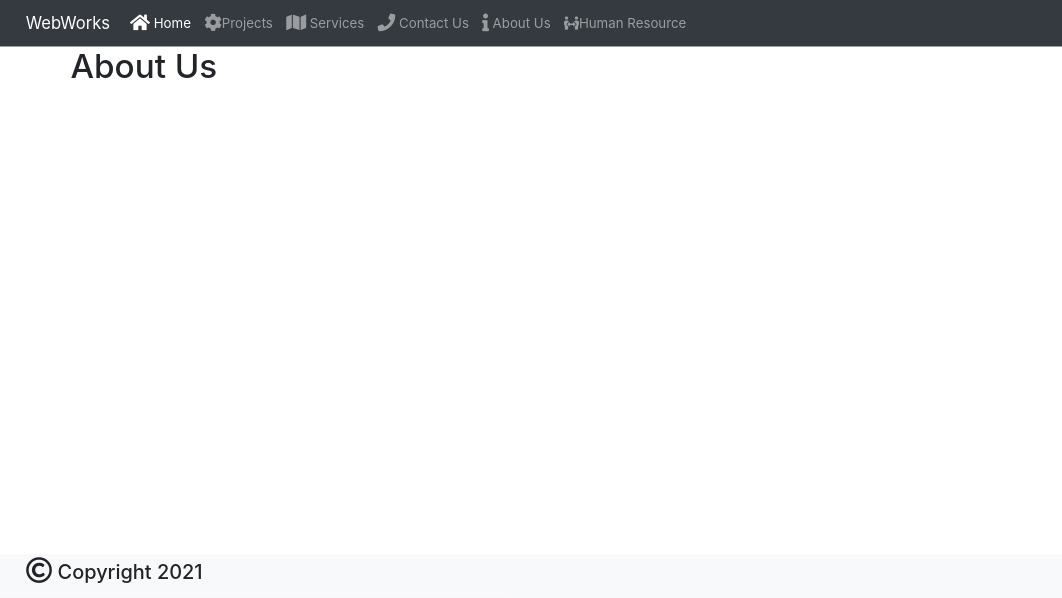
Repository: JonathonWager/Webd6202Lab1
Page: about.html
An editor plug-in stored every save of this project. The page is shown before and after the next save, followed by the edit.
The browser window is 1280 px wide. The pictures show the whole page, at 83% of full size.

Above is the page before, as saved 2021-02-05 20:02:25.
Not found: Content/app.css

### about.html
<!DOCTYPE html>
<html lang="en">
<head>
    <meta charset="UTF-8">
    <meta name="viewport" content="width=device-width, initial-scale=1.0">
    <title>About</title>
    <!-- CSS Section -->
    <link rel="stylesheet" href="./node_modules/bootstrap/dist/css/bootstrap.min.css">
    <link rel="stylesheet" href="./node_modules/@fortawesome/fontawesome-free/css/all.min.css">
    <link rel="stylesheet" href="./Content/app.css">
</head>
<body>
    <!-- Main Header -->
    <header>
        <!-- Main Navigation -->
        <nav class="navbar navbar-expand-lg navbar-dark bg-dark">
            <div class="container-fluid">
              <a class="navbar-brand" href="index.html">WebWorks</a>
              <button class="navbar-toggler" type="button" data-bs-toggle="collapse" data-bs-target="#navbarSupportedContent" aria-controls="navbarSupportedContent" aria-expanded="false" aria-label="Toggle navigation">
                <span class="navbar-toggler-icon"></span>
              </button>
              <div class="collapse navbar-collapse" id="navbarSupportedContent">
                <ul class="navbar-nav me-auto mb-2 mb-lg-0">
                  <li class="nav-item">
                    <a class="nav-link active" aria-current="page" href="index.html"><i class="fas fa-home fa-lg"></i> Home</a>
                  </li>

                  <li class="nav-item">
                    <a class="nav-link" aria-current="page" href="projects.html" id = "projects"><i class="fas fa-cog fa-lg"></i> Products</a>
                  </li>

                  <li class="nav-item">
                    <a class="nav-link" aria-current="page" href="services.html"><i class="fas fa-map fa-lg"></i> Services</a>
                  </li>

                  <li class="nav-item">
                    <a class="nav-link" aria-current="page" href="contact.html"><i class="fas fa-phone fa-lg"></i> Contact Us</a>
                  </li>
                  <li class="nav-item">
                    <a class="nav-link" aria-current="page" href="about.html"><i class="fas fa-info fa-lg"></i> About Us</a>
                  </li>
                </ul>
              </div>
            </div>
          </nav>
    </header>

    <!-- Main Content -->
    <main class="container">
        <h1>About Us</h1>
    </main>

    <!-- Main Footer -->
    <footer>
    </footer>

    <!-- Script Section-->
    <script src="./node_modules/jquery/dist/jquery.min.js"></script>
    <script src="./node_modules/bootstrap/dist/js/bootstrap.bundle.min.js"></script>
    <script src="./Scripts/app.js"></script>
</body>
</html>

### Scripts/app.js
/* custom JavaScript goes here */

//IIFE - Immediately Invoked Function Expression
//AKA - Anonymous Self-Executing Function
//Closure - limits scope leak

"use strict";

(function()
{
    function displayHome()
    {

        let paragraphOneText =
          "Welcome to Web Works, Our team at Web Works is dedicated to offering advanced web development creations that will make you stand out from the crowd.";

        let paragraphOneElement = document.getElementById("paragraphOne");

        paragraphOneElement.textContent = paragraphOneText;
        paragraphOneElement.className = "fs-5";

        // Step 1. document.createElement
        let newParagraph = document.createElement("p");
        // Step 2. configure the element
        newParagraph.setAttribute("id", "paragraphTwo");
        newParagraph.textContent = "Our team consits of two dedicated students that are currently enrolled in the Computer programmer and Analysis course at Durham College located in Northern Oshawa. ";
        // Step 3. select the parent element
        let mainContent = document.getElementsByTagName("main")[0];
        // Step 4. Add / Insert the element
        mainContent.appendChild(newParagraph);

        newParagraph.className = "fs-6";

        // another way of injecting content
        let paragraphDiv = document.createElement("div");
        let paragraphThree = `Oshawa. Our skill sets are growing every day and we are profecient in HTML, CSS, Java, C++,
        database development, automations and much more. Contact our team with inqueries and you will get a response within one business day`;
        paragraphDiv.innerHTML = paragraphThree;

        // insertions

        // example of inserting before a node
        //newParagraph.before(paragraphDiv);

        // example of inserting after a node
        newParagraph.after(paragraphDiv);

        // deletions

        // example of removing a single element
        //paragraphOneElement.remove();

        // example of removeChild
        //mainContent.removeChild(paragraphOneElement);

        // update / modification
        mainContent.firstElementChild.textContent = "Welcome Home!";


    }

    function displayAbout()
    {

    }

    function displayProjects()
    {
      console.log("test");
      let paragraphOneText = "The following project focus was on developing our skills in object-orientated programming as we were developing a program that would create card objects that could be used for a wide variety of purposed including implementing into hundreds of different card games. The project was one of our favourites because it widned our skill set and showed us even further how useful object-orientate programming can be.";

      let projectsDiv1 = document.getElementById("DeckOfCardsContent");

      let projectsP1 = document.createElement("p");

      projectsP1.textContent = paragraphOneText;

      projectsDiv1.appendChild(projectsP1);

      console.log("heyyyyy");

      // Step 1. document.createElement
      let newParagraph = document.createElement("p");
      // Step 2. configure the element
      newParagraph.setAttribute("id", "paragraphTwo");
      newParagraph.textContent = "Our team consits of two dedicated students that are currently enrolled in the Computer programmer and Analysis course at Durham College located in Northern Oshawa. ";
      // Step 3. select the parent element
      let mainContent = document.getElementsByTagName("main")[0];
      // Step 4. Add / Insert the element
      mainContent.appendChild(newParagraph);
    }

    function displayServices()
    {
      console.log("test");
      let paragraphOneText = "We have the ability to create interactive websites that will stand out and make you look professional. We can apply custom themes to style your website as well as make it an interactive website that is effeciently navigable.";

      let projectsDiv1 = document.getElementById("WebDesignContent");

      let projectsP1 = document.createElement("p");

      projectsP1.textContent = paragraphOneText;

      projectsDiv1.appendChild(projectsP1);

      let paragraphTwoText = "We can create small to medium sized databases that will be able to meet your business needs. We can then implement the database into your website so that you can take your business to the next level.";

      let projectsDiv2 = document.getElementById("DatabaseDevelopmentContent");

      let projectsP2 = document.createElement("p");

      projectsP2.textContent = paragraphTwoText;

      projectsDiv2.appendChild(projectsP2);

      let paragraphThreeText = "We can create small to medium sized databases that will be able to meet your business needs. We can then implement the database into your website so that you can take your business to the next level.";

      let projectsDiv3 = document.getElementById("CustomProgrammingContent");

      let projectsP3 = document.createElement("p");

      projectsP3.textContent = paragraphThreeText;

      projectsDiv3.appendChild(projectsP3);

    }

    function displayContact()
    {
      console.log("test");
        let messageArea = document.getElementById("messageArea");
        messageArea.hidden = true;

        // form validation
        let fullName = document.getElementById("fullName");
        fullName.addEventListener("blur", function() {
            if(fullName.value.length < 2)
            {
                fullName.focus();
                fullName.select();
                messageArea.hidden = false;
                messageArea.className = "alert alert-danger";
                messageArea.textContent = "Please enter an appropriate Name";
            }
            else
            {
                messageArea.removeAttribute("class");
                messageArea.hidden = true;
            }
        });

        let sendButton = document.getElementById("sendButton");
        sendButton.addEventListener("click", function(event){
            //event.preventDefault();

           window.location.href = "index.html";

        });
    }




    function Start()
    {
        console.log("App Started...");
        let navbarProjects = document.getElementById("projects");
        navbarProjects.innerHTML = '<i class="fas fa-cog fa-lg"></i>Projects';

       // let navContentHumanResource = '<li class="nav-item"><a class="nav-link" aria-current="page" href="services.html"><i class="fas fa-map fa-lg"></i> Services</a></li>';
        let navContent = document.getElementsByTagName("ul")[0];

        let navContentHumanResourceLi = document.createElement("li");
        let navContentHumanResourceA = document.createElement("a");

        // Step 2. configure the element
        navContentHumanResourceLi.setAttribute("class", "nav-item");

        navContentHumanResourceA.setAttribute("class","nav-link");
        navContentHumanResourceA.setAttribute("aria-current", "page");
        navContentHumanResourceA.setAttribute("href", "human_resource.html");
        navContentHumanResourceA.innerHTML ='<i class="fas fa-people-arrows"></i>Human Resource ';

        navContentHumanResourceLi.appendChild(navContentHumanResourceA);

        navContent.appendChild(navContentHumanResourceLi);




        let bottomNavContent = document.getElementsByTagName("footer")[0];

        let navContentFooterNav = document.createElement("nav");
        navContentFooterNav.setAttribute("class","navbar fixed-bottom navbar-light bg-light");

        let navContentDiv = document.createElement("div");
        navContentDiv.setAttribute("class", "container-fluid");

        let navContentH4 = document.createElement("h4");
        navContentH4.innerHTML = '<i class="far fa-copyright fa-lg"></i> Copyright 2021';
        navContentFooterNav.appendChild(navContentDiv);
        navContentDiv.appendChild(navContentH4);
        bottomNavContent.appendChild(navContentFooterNav);


        switch (document.title)
        {
          case "Home":
              displayHome();
            break;
          case "About":
              displayAbout();
            break;
          case "Projects":
              displayProjects();
            break;
          case "Services":
              displayServices();
            break;
          case "Contact":
              displayContact();
            break;
        }

    }

    window.addEventListener("load", Start);

})();

Loaded but not shown: node_modules/bootstrap/dist/css/bootstrap.min.css (library); node_modules/@fortawesome/fontawesome-free/css/all.min.css (library); node_modules/jquery/dist/jquery.min.js (library); node_modules/bootstrap/dist/js/bootstrap.bundle.min.js (library)

After the next save:
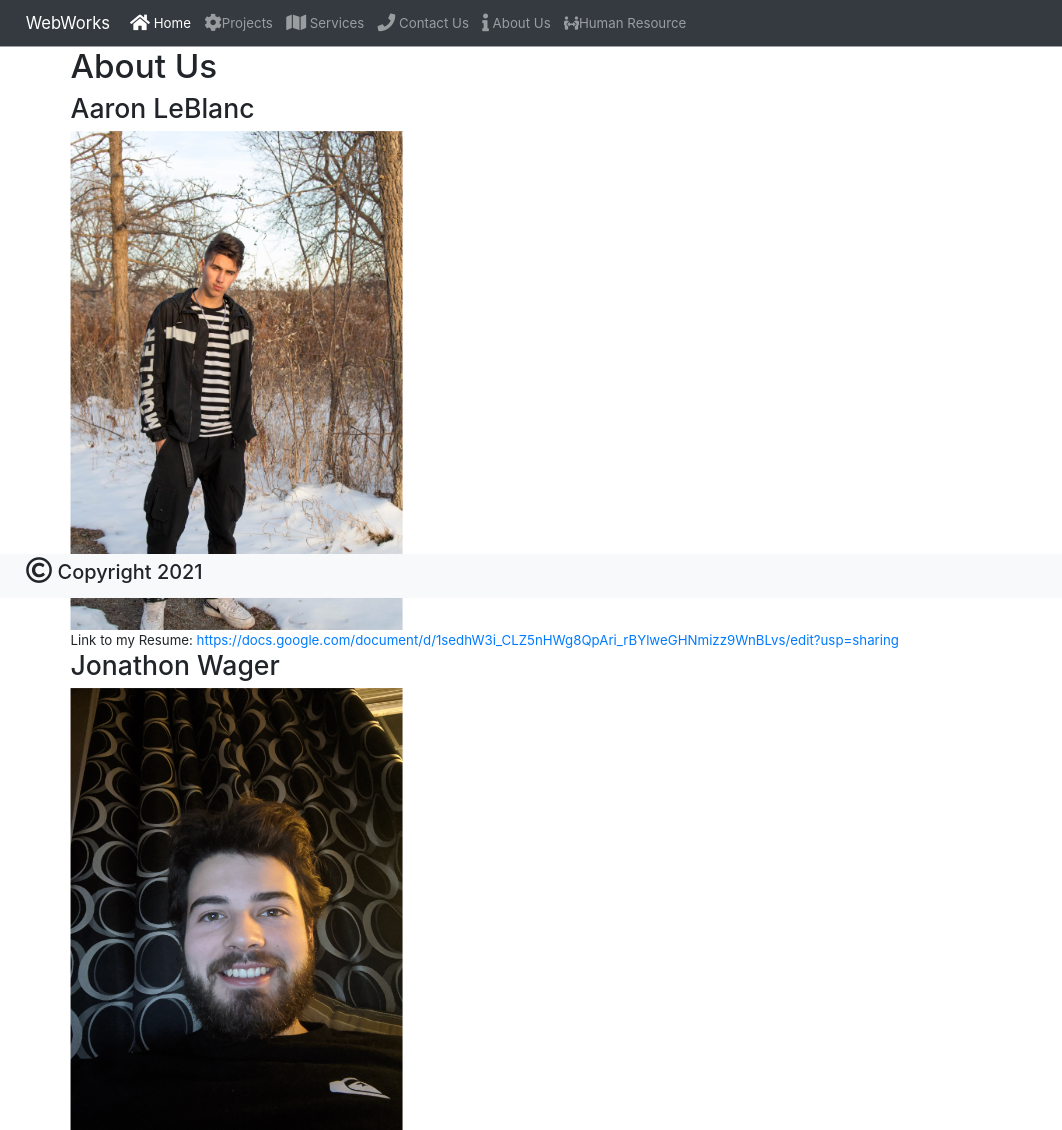
Saved 2 min 58 s later.
--- a/about.html
+++ b/about.html
@@ -47,7 +47,14 @@
 
     <!-- Main Content -->
     <main class="container">
-        <h1>About Us</h1>
+      <h1>About Us</h1>
+      <h2>Aaron LeBlanc</h2>
+      <div id="AboutAaronContent"> </div>
+      <img src="/Pictures/About us Page/PictureOfAaron.jpg" width = 400px; alt="Deck of Cards">
+      <div> Link to my Resume:  <a href="url">https://docs.google.com/document/d/1sedhW3i_CLZ5nHWg8QpAri_rBYlweGHNmizz9WnBLvs/edit?usp=sharing</a></div>
+      <h2>Jonathon Wager</h2>
+      <div id="AboutJonathonContent"> </div>
+      <img src="/Pictures/About us Page/Jonathonpic.jpg" width = 400px; alt="Deck of Cards">
     </main>
 
     <!-- Main Footer -->
